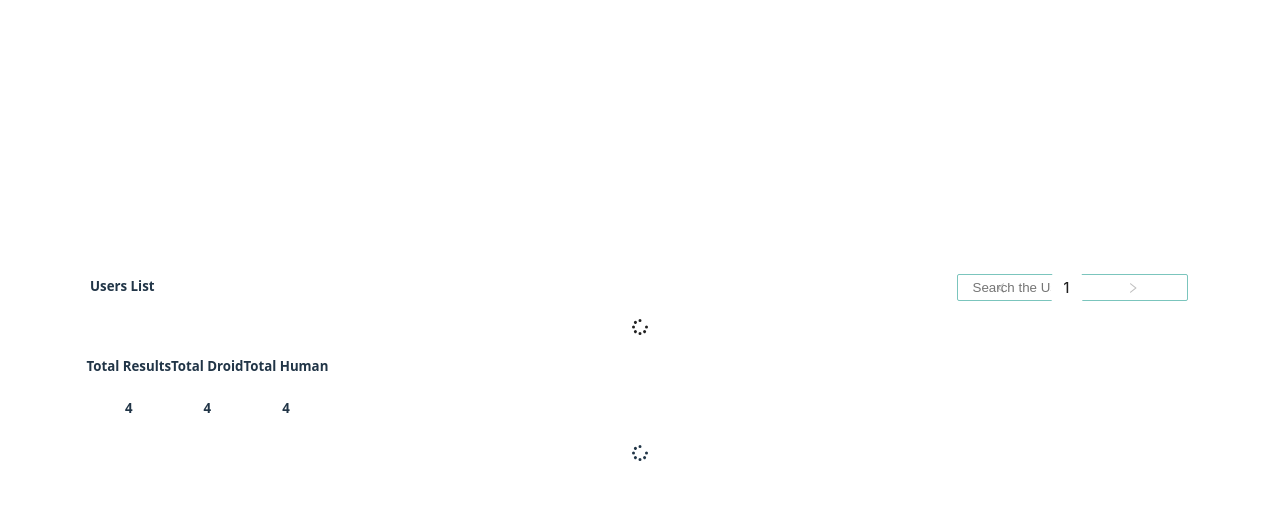
Repository: jassi73/DataTable
Page: /
The author's editor kept a copy of each file at every save. The page is drawn from the files as they stood at one save, then again after the next save.
The browser window is 1280 px wide. The pictures show the whole page.
The page's requests for data from a server got no answer. The project was rebuilt for these pictures with package versions that can differ from the ones it lists, and the page was loaded fresh each time. No one was signed in, and anything a server would have sent is missing. Also part of the build but not shown: vite.config.js.

Above is the page before, as saved 2023-05-14 23:27:58.

After the next save:
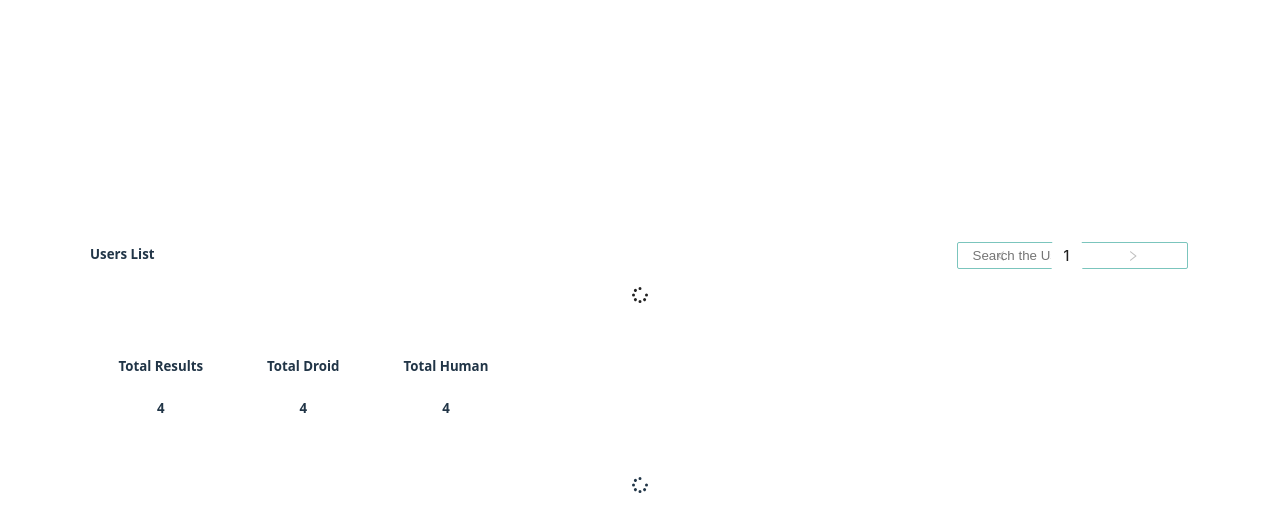
Saved 100 s later.
--- a/src/Components/Card.jsx
+++ b/src/Components/Card.jsx
@@ -2,7 +2,7 @@
 const Card = (props) => {
     const {cardName, count} = props
   return (
-    <div>
+    <div className="card">
         <h5>{cardName}</h5>
         <h5>
             {count}
